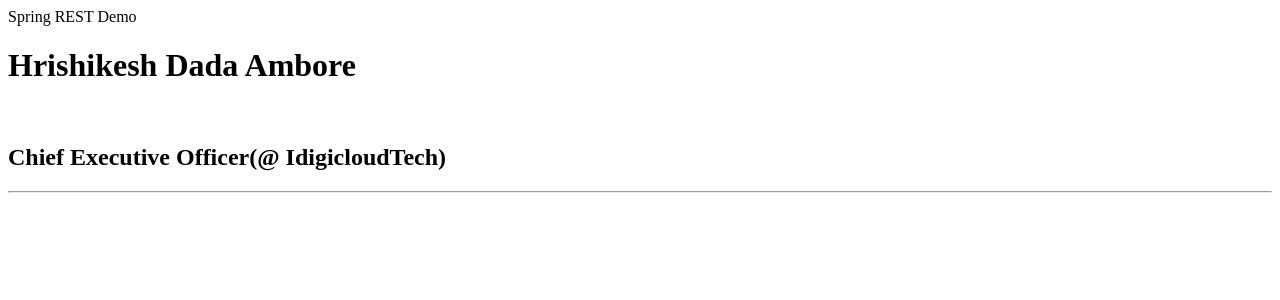
Repository: Iron3hide/MySpringProjects
Page: http://localhost/spring-rest-demo/
An editor plug-in stored every save of this project. The page is shown before and after the next save, followed by the edit.
The browser window is 1280 px wide. The pictures show the whole page.
The page is served by Tomcat 9.

Above is the page before, as saved 2022-05-23 14:21:19.

After the next save:
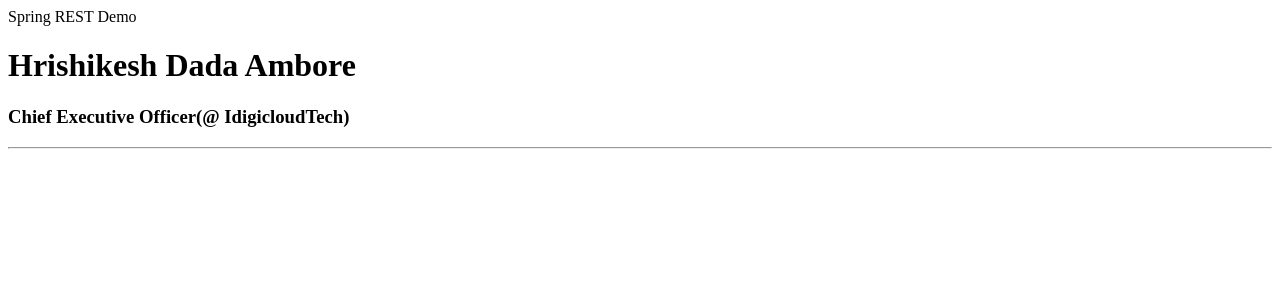
Saved 32 s later.
--- a/spring-rest-demo/src/main/webapp/index.jsp
+++ b/spring-rest-demo/src/main/webapp/index.jsp
@@ -4,8 +4,7 @@
 Spring REST Demo
 <div>
 <h1>Hrishikesh Dada Ambore</h1>
-<br>
-<h2>Chief Executive Officer(@ IdigicloudTech)</h2>
+<h3>Chief Executive Officer(@ IdigicloudTech)</h2>
 </div>
 
 <hr>
